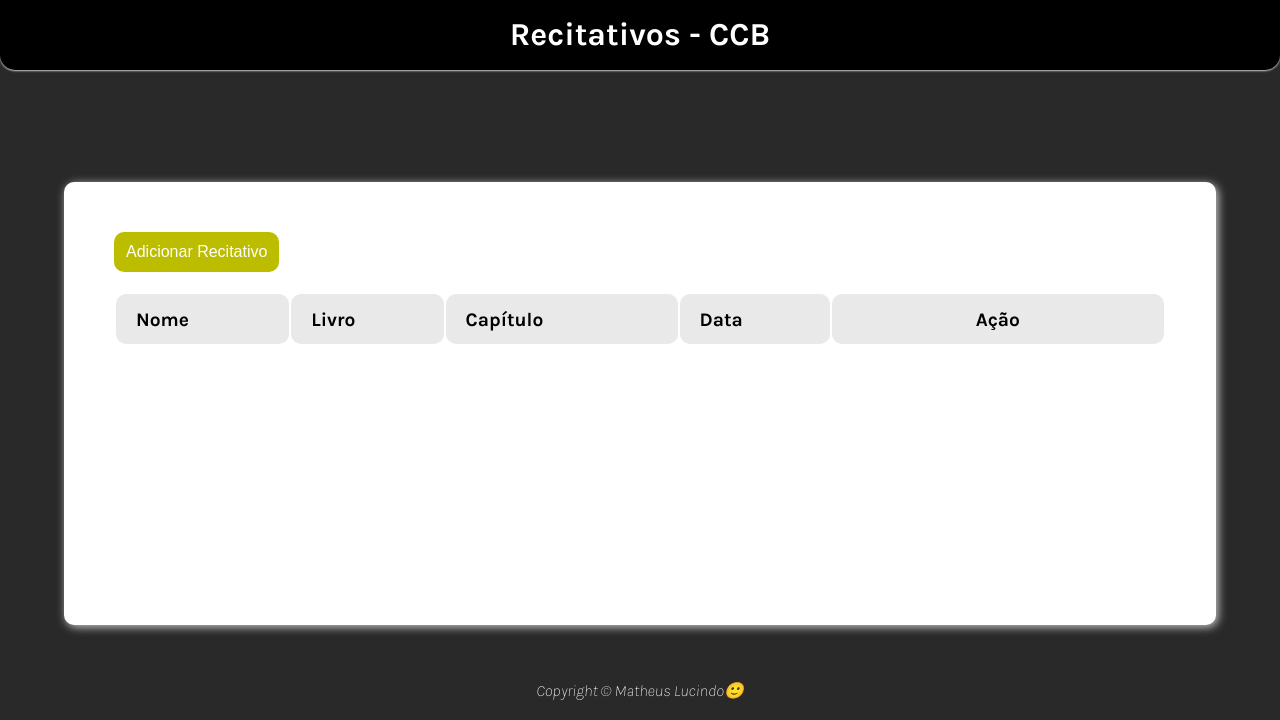
Repository: Matheus904-12/API-da-CCB
Page: index.html
These files come from the project's save history. The page is drawn as it stood at one moment and after the next save; the edit follows.
The browser window is 1280 px wide. The pictures show the whole page.

Above is the page before, as saved 2024-01-14 02:03:49.

After the next save:
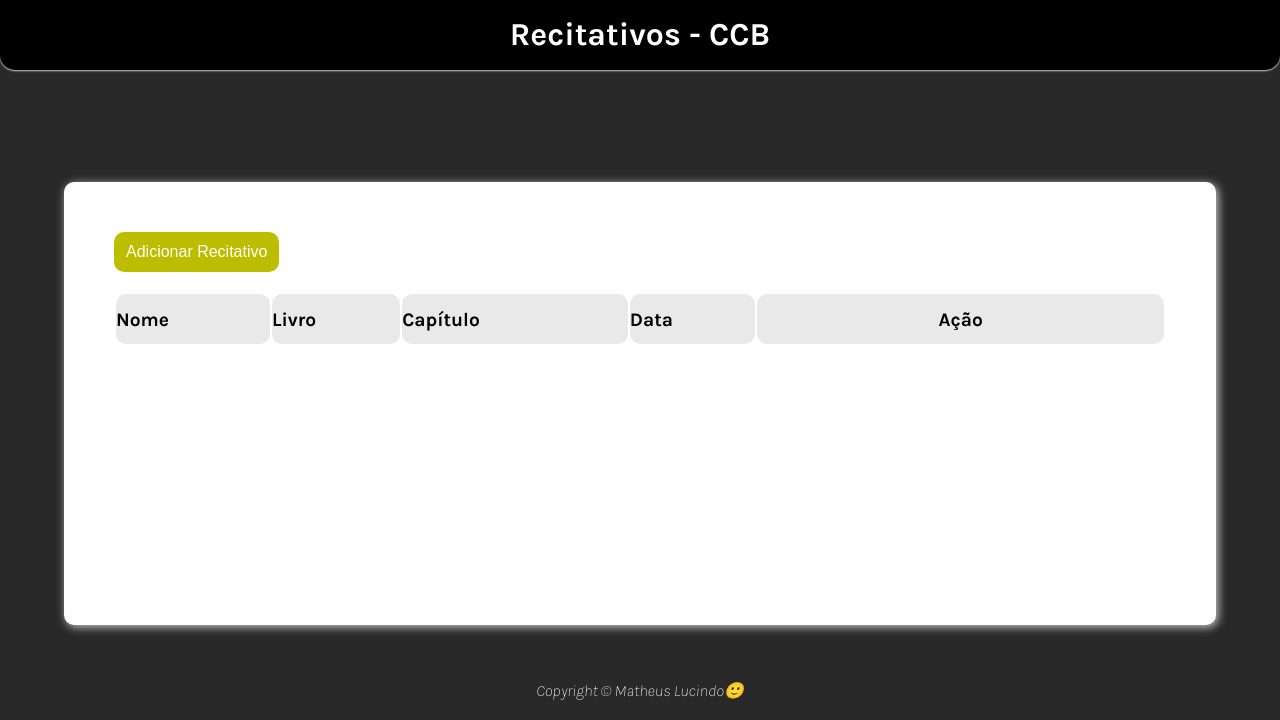
Saved 19 s later.
--- a/registros.css
+++ b/registros.css
@@ -7,7 +7,6 @@
 .records th{
     height: 50px;
     background-color:#c0c0c05a;
-    padding-left: 20px;
     font-size: 1.2rem;
     border-radius: 10px;
 }

After the 2 saves that followed:
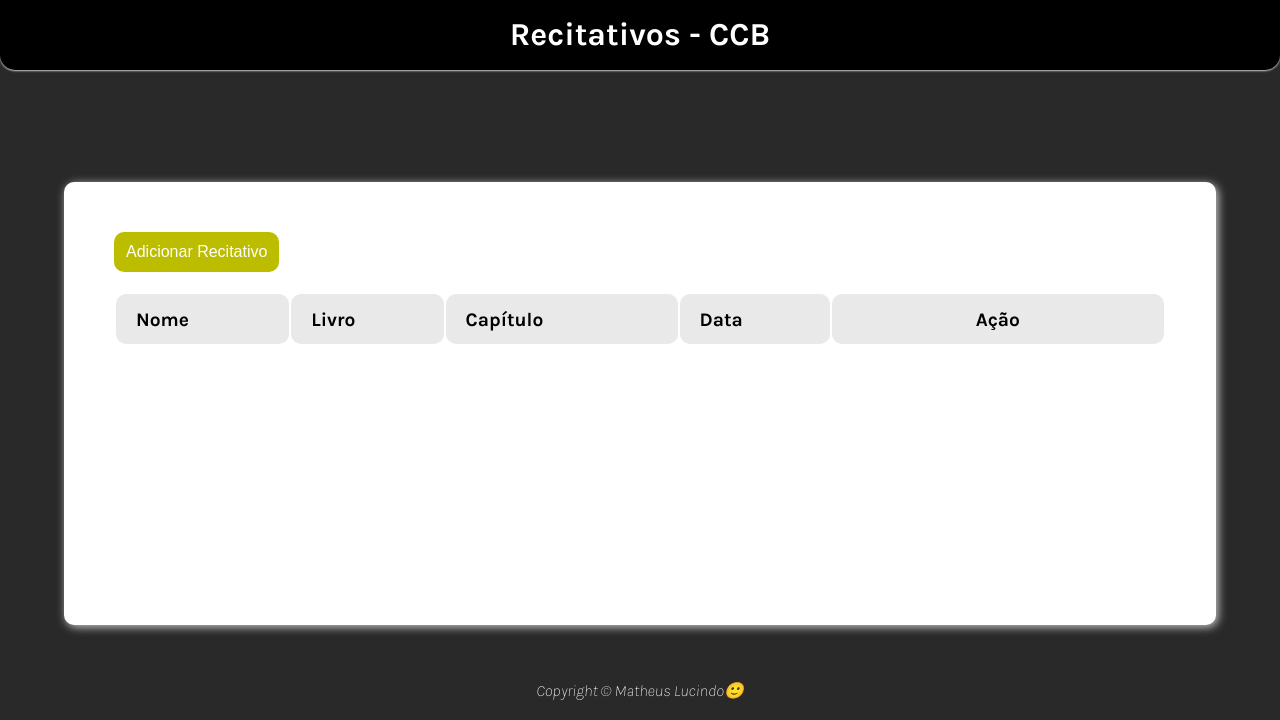
The 2 saves are shown as one change because they came seconds apart.
The last was saved 8 s later.
--- a/registros.css
+++ b/registros.css
@@ -7,8 +7,10 @@
 .records th{
     height: 50px;
     background-color:#c0c0c05a;
+    padding-left: 20px;
     font-size: 1.2rem;
     border-radius: 10px;
+
 }
 .records td{
     height: 50px;
